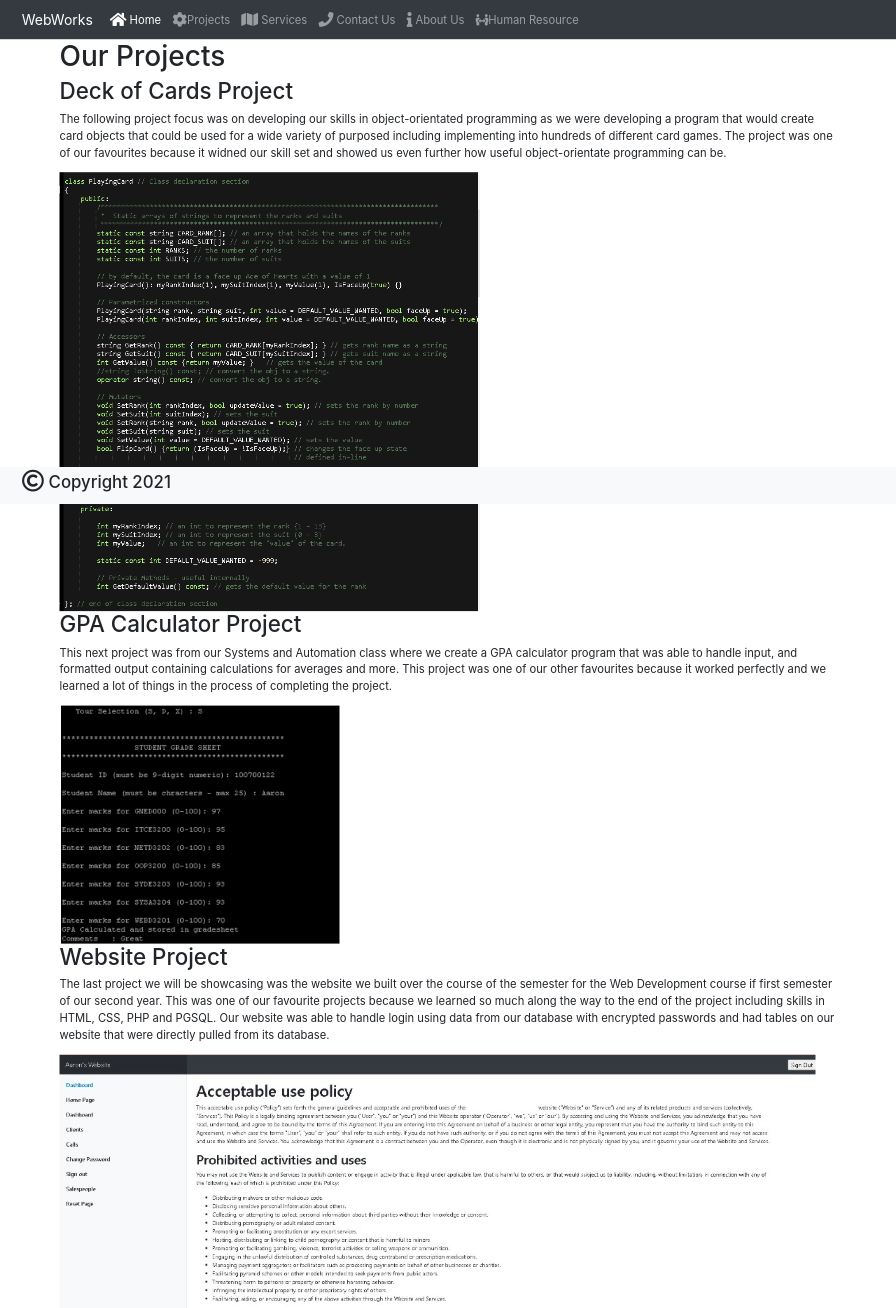
Repository: JonathonWager/Webd6202Lab1
Page: projects.html
These files come from the project's save history. The page is drawn as it stood at one moment and after the next save; the edit follows.
The browser window is 1280 px wide. The pictures show the whole page, at 70% of full size.

Above is the page before, as saved 2021-02-05 20:13:53.
Not found: Content/app.css

After the next save:
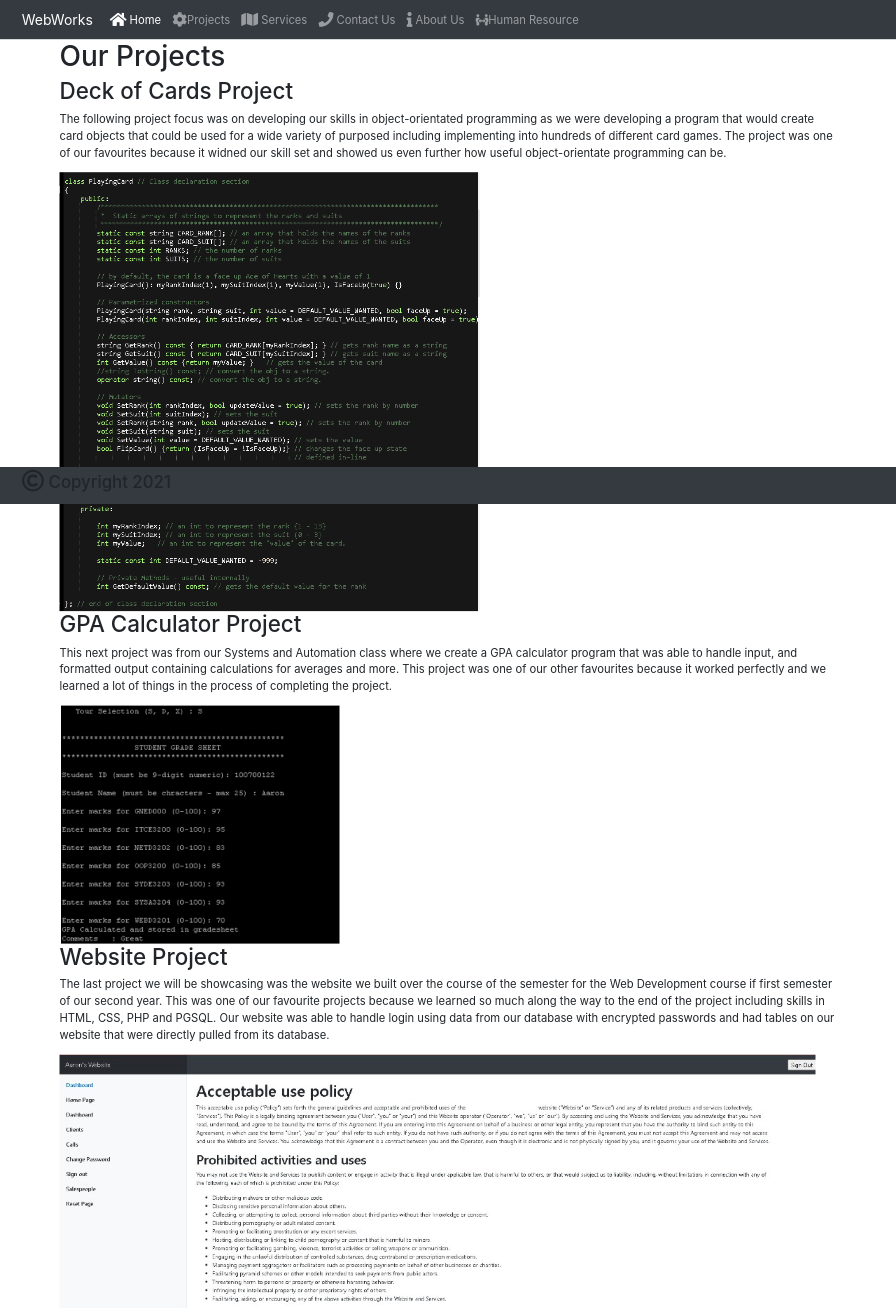
Saved 27 s later.
--- a/Scripts/app.js
+++ b/Scripts/app.js
@@ -202,7 +202,7 @@
         let bottomNavContent = document.getElementsByTagName("footer")[0];
 
         let navContentFooterNav = document.createElement("nav");
-        navContentFooterNav.setAttribute("class","navbar fixed-bottom navbar-light bg-light");
+        navContentFooterNav.setAttribute("class","navbar fixed-bottom navbar-light bg-dark");
 
         let navContentDiv = document.createElement("div");
         navContentDiv.setAttribute("class", "container-fluid");

After the save that followed:
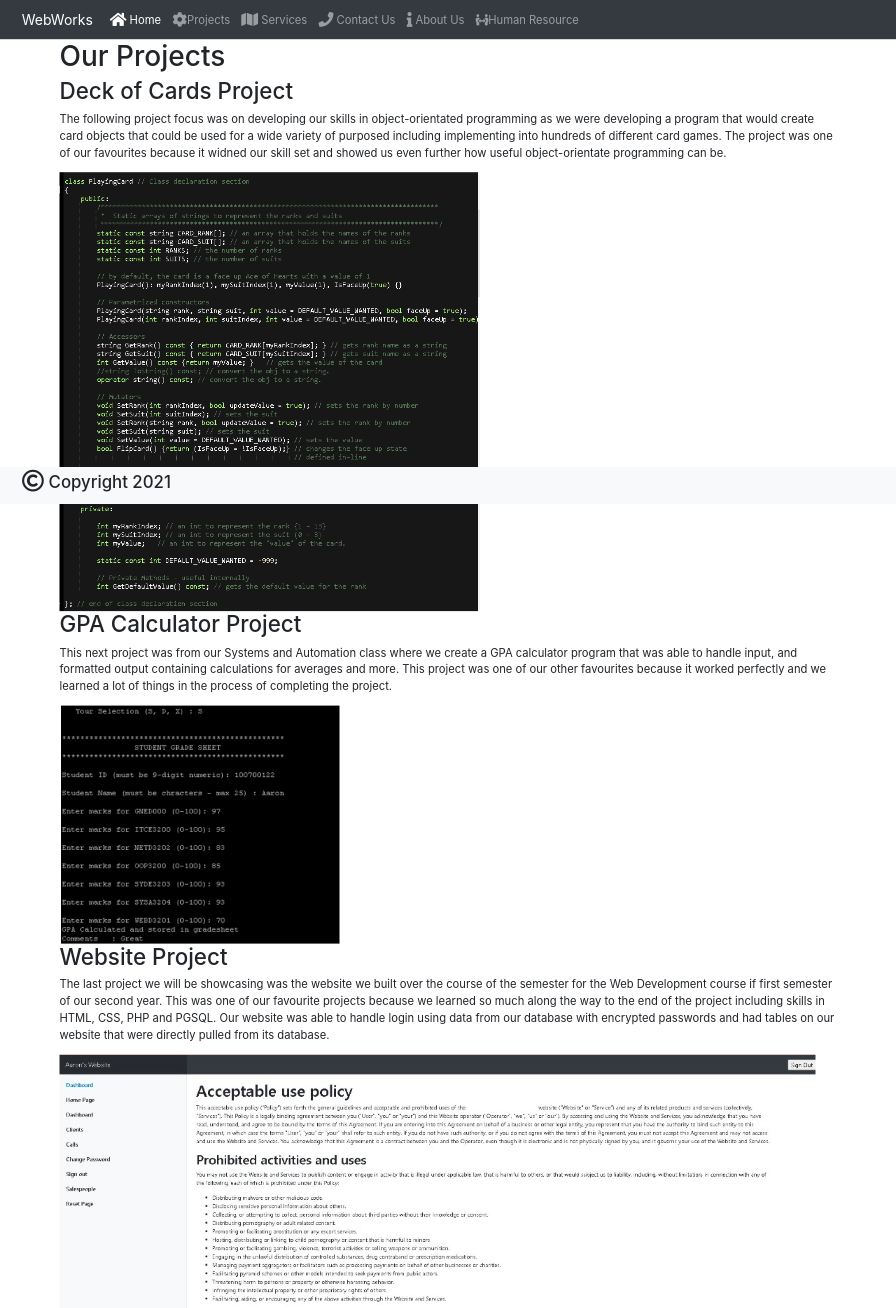
Saved 11 s later.
--- a/Scripts/app.js
+++ b/Scripts/app.js
@@ -202,7 +202,7 @@
         let bottomNavContent = document.getElementsByTagName("footer")[0];
 
         let navContentFooterNav = document.createElement("nav");
-        navContentFooterNav.setAttribute("class","navbar fixed-bottom navbar-light bg-dark");
+        navContentFooterNav.setAttribute("class","navbar fixed-bottom navbar-light bg-light");
 
         let navContentDiv = document.createElement("div");
         navContentDiv.setAttribute("class", "container-fluid");
